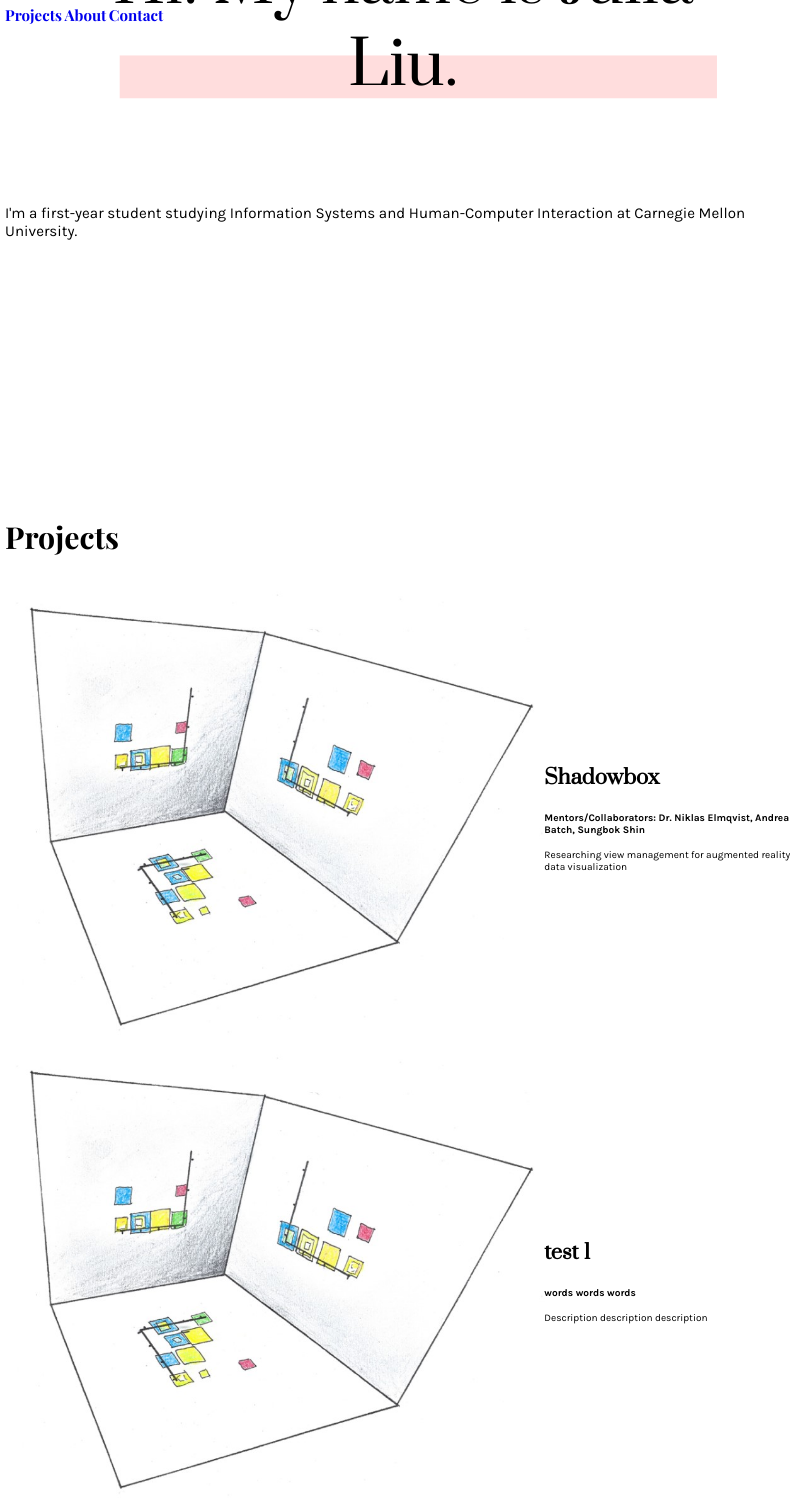
Repository: liu-julia/liu-julia.github.io
Page: index.html
These files come from the project's save history. The page is drawn as it stood at one moment and after the next save; the edit follows.
The browser window is 1280 px wide. The pictures show the whole page, at 63% of full size.

Above is the page before, as saved 2022-04-26 22:38:39.

After the next save:
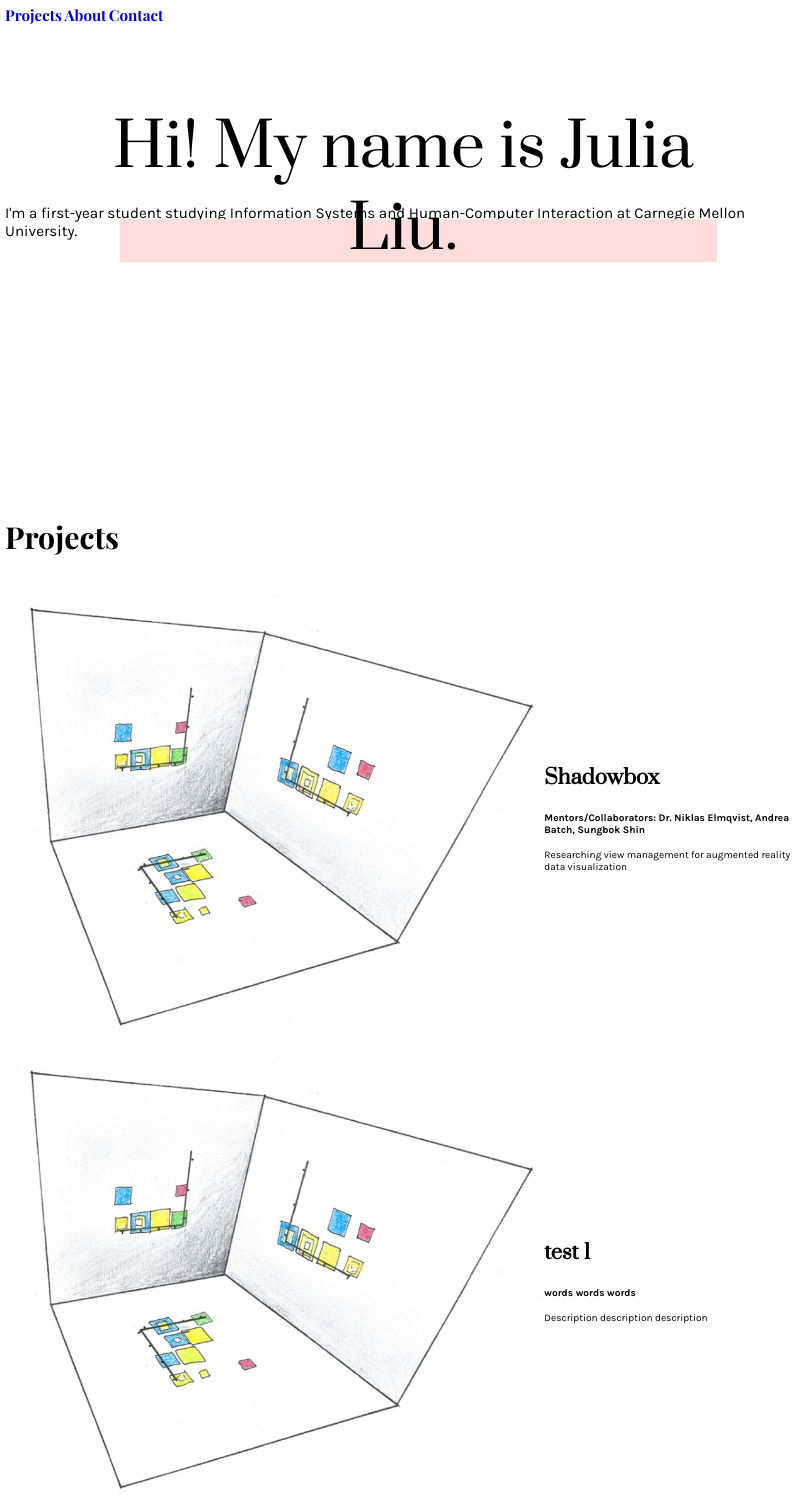
Saved 8 s later.
--- a/css/styles.css
+++ b/css/styles.css
@@ -19,7 +19,7 @@ h1 {
     height: 100%;
 }
 h1{
-    transform: translate(0, -50%);
+    transform: translate(0, 50%);
     position: relative;
     display: flex;
     text-align: center;
